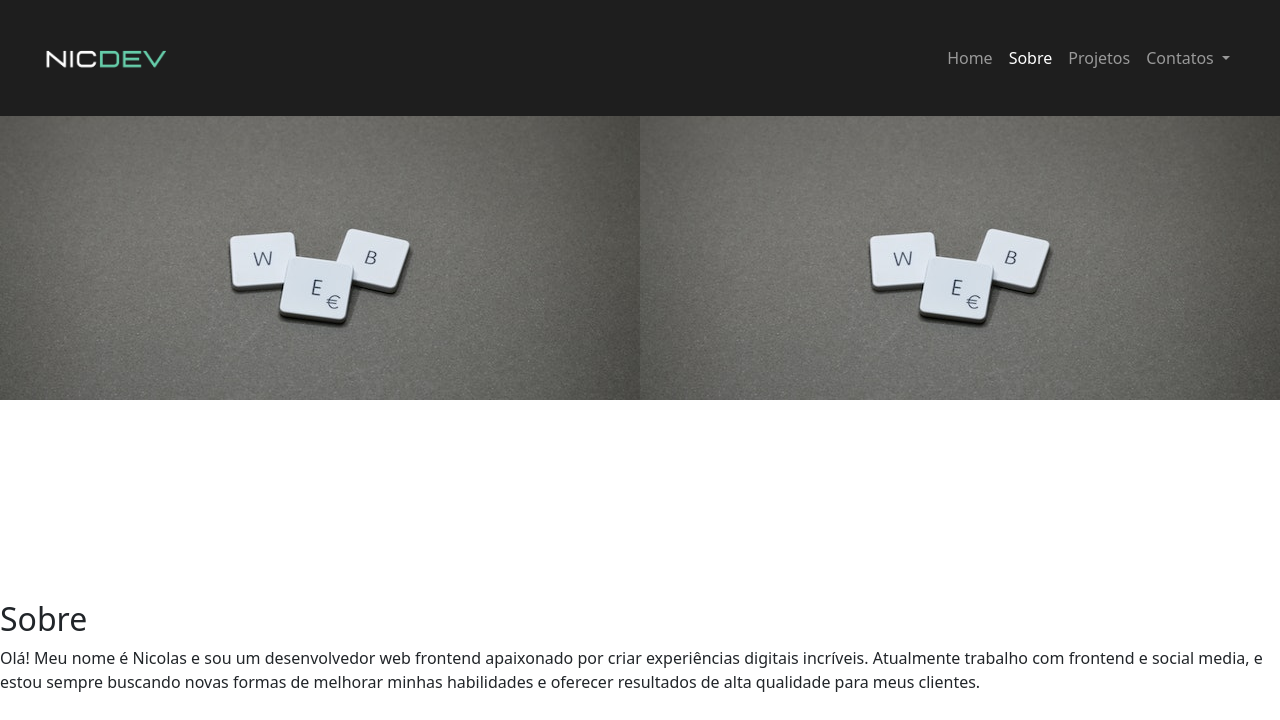
Repository: Leonngc/nicdev
Page: about.html
These files come from the project's save history. The page is drawn as it stood at one moment and after the next save; the edit follows.
The browser window is 1280 px wide. The pictures show the whole page.

Above is the page before, as saved 2023-04-15 13:58:28.

After the next save:
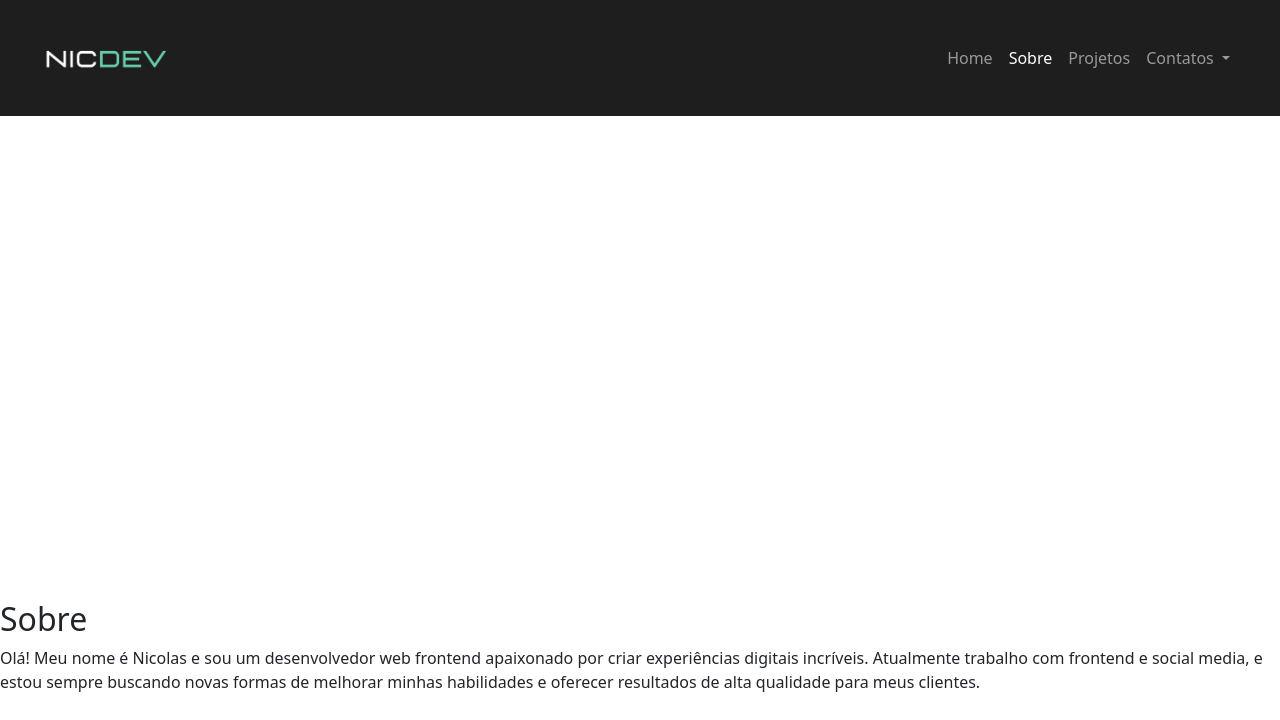
Saved 64 s later.
--- a/styles/about.css
+++ b/styles/about.css
@@ -25,5 +25,5 @@
 .background{
     margin-top: 100px;
     height: 300px;
-    background: url(../images/pexels-miguel-á-padriñán-1591060.jpg) ;
+    background: url(../images/pexels-miguel-á-padriñán-1591060.jpg) fixed cover;
 }

After the save that followed:
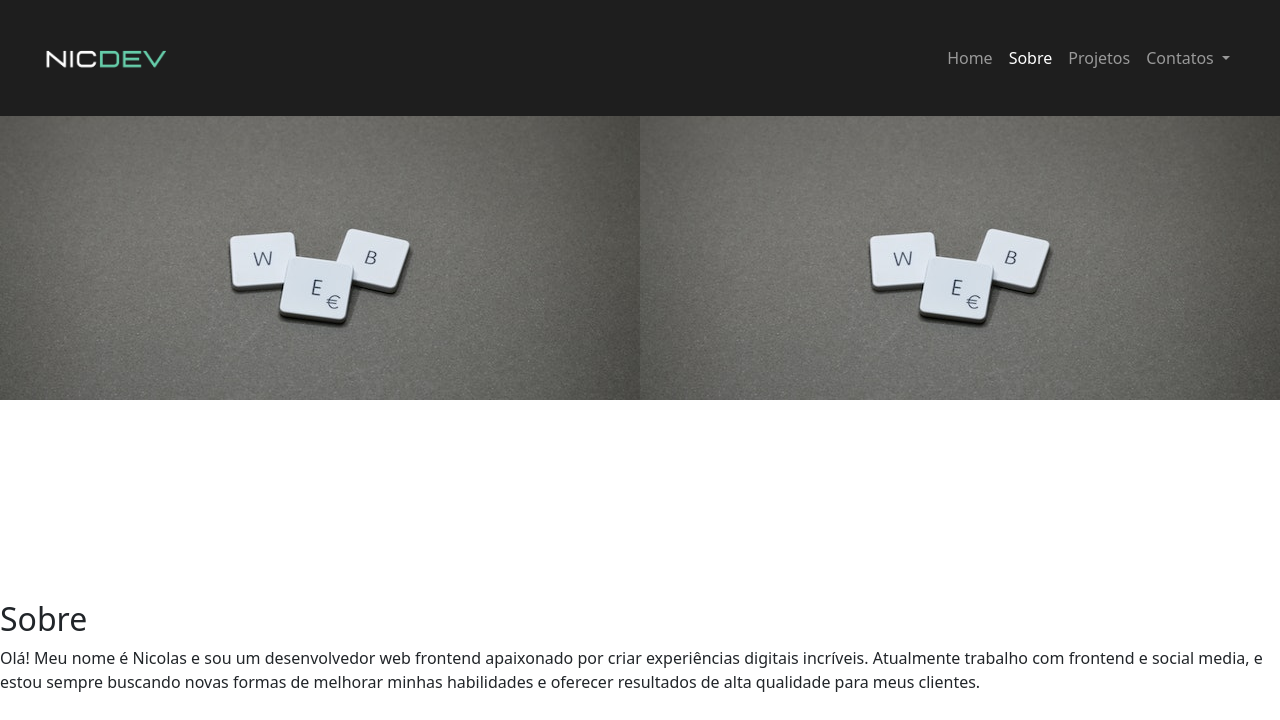
Saved 10 s later.
--- a/styles/about.css
+++ b/styles/about.css
@@ -25,5 +25,5 @@
 .background{
     margin-top: 100px;
     height: 300px;
-    background: url(../images/pexels-miguel-á-padriñán-1591060.jpg) fixed cover;
+    background: url(../images/pexels-miguel-á-padriñán-1591060.jpg) ;
 }
